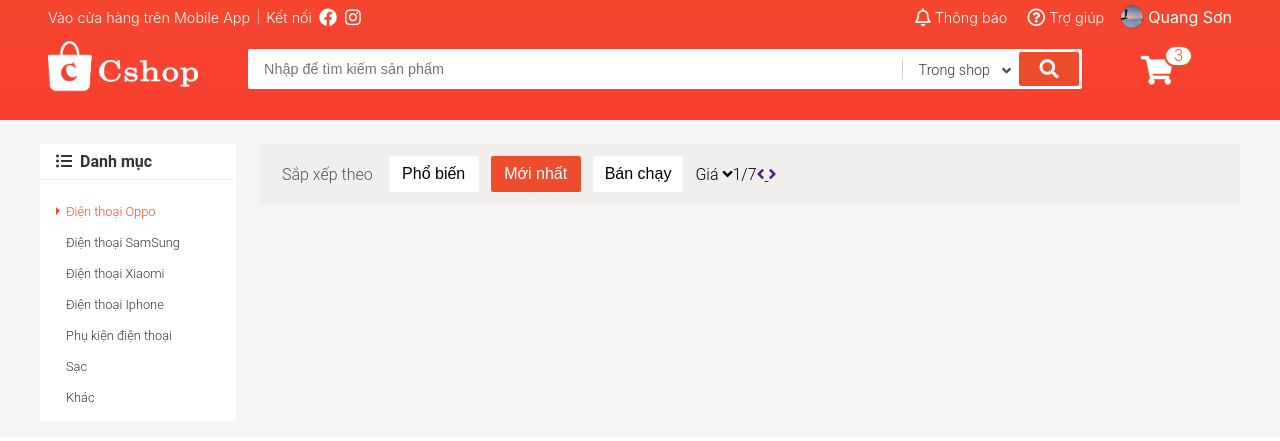
Repository: Qson412/BTL_Web
Page: index.html
These files come from the project's save history. The page is drawn as it stood at one moment and after the next save; the edit follows.
The browser window is 1280 px wide. The pictures show the whole page.

Above is the page before, as saved 2021-12-01 08:53:22.

After the next save:
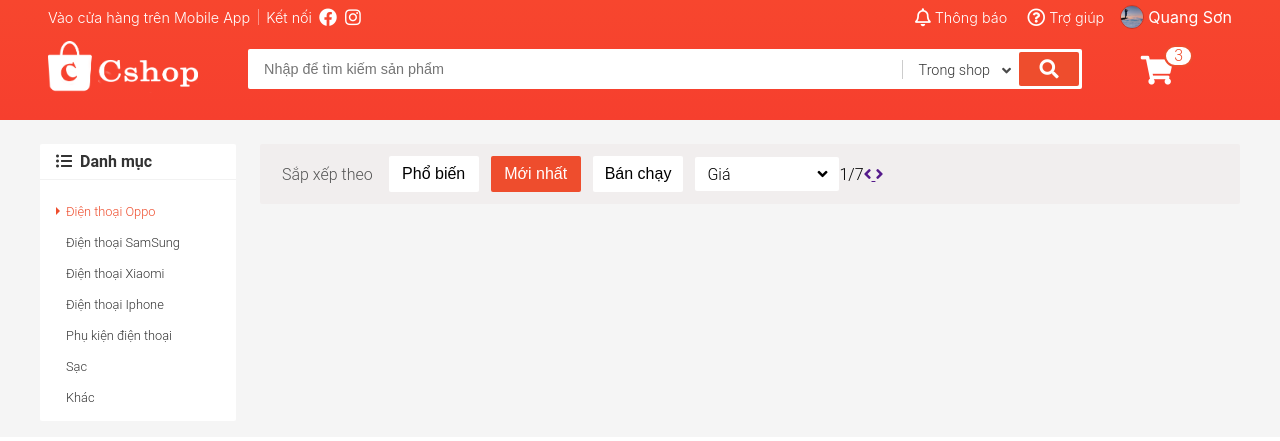
Saved 3 min 16 s later.
--- a/base.css
+++ b/base.css
@@ -130,3 +130,19 @@ body{
     background-color: #c3c3c3;
     filter: brightness(80%);
 }
+/* Selection */
+.select-input{
+    min-width: 120px;
+    height: 34px;
+    padding: 0 12px;
+    border-radius: 2px;
+    background-color: white;
+    display: flex;
+    align-items: center;
+    justify-content: space-between;
+
+}
+
+.select-input__label{
+
+}
